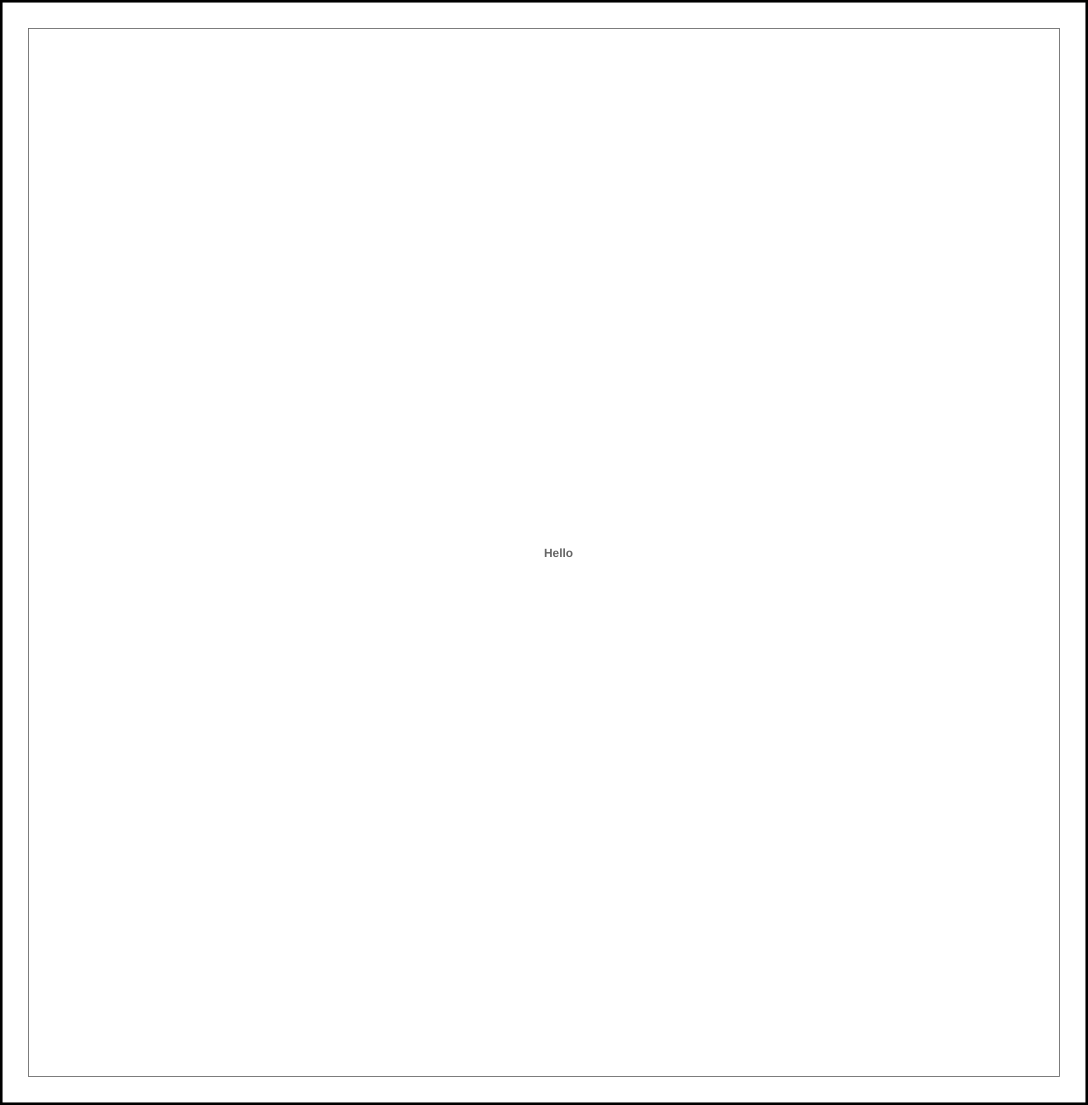
Repository: AravindMarshall/ShoppingCart
Page: http://localhost/Phineas/tester.jsp
These files come from the project's save history. The page is drawn as it stood at one moment and after the next save; the edit follows.
The browser window is 1280 px wide. The pictures show the whole page, at 85% of full size.
The page is served by Tomcat 9.

Above is the page before, as saved 2016-06-11 07:12:33.

After the next save:
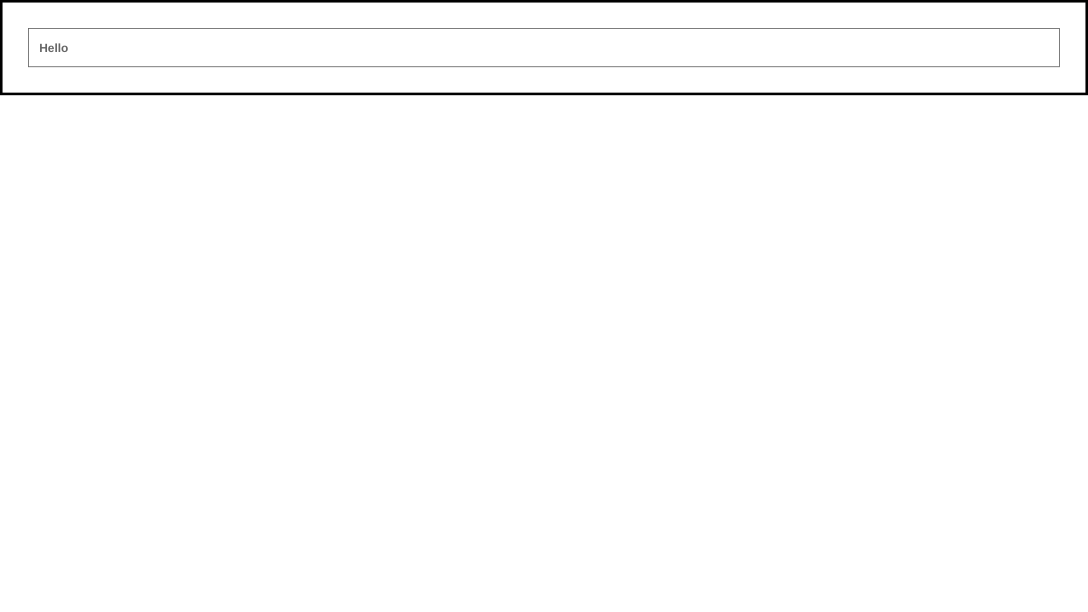
Saved 16 s later.
--- a/NIIT Shopping Cart/Phineas/WebContent/tester.jsp
+++ b/NIIT Shopping Cart/Phineas/WebContent/tester.jsp
@@ -26,7 +26,7 @@ div.background {
 }
 
 div.transbox p {
-     margin: 50%;
+     margin: 1%;
      font-weight: bold;
      color: #000000;
 }
